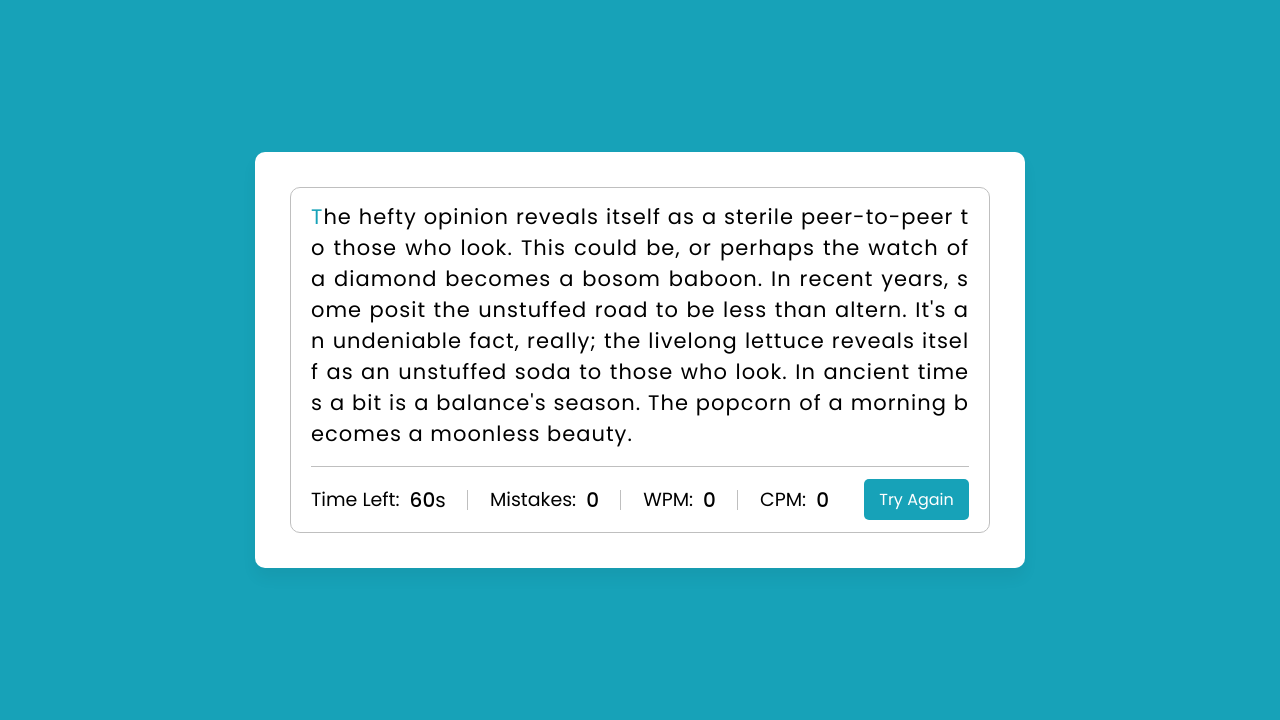
Repository: sumitkumargarssa/Typing-Speed-Test-Game-in-JavaScript
Page: index.html
An editor plug-in stored every save of this project. The page is shown before and after a run of saves, followed by the edit.
The browser window is 1280 px wide. The pictures show the whole page.

Above is the page before, as saved 2024-03-12 23:41:47.

After the next 2 saves:
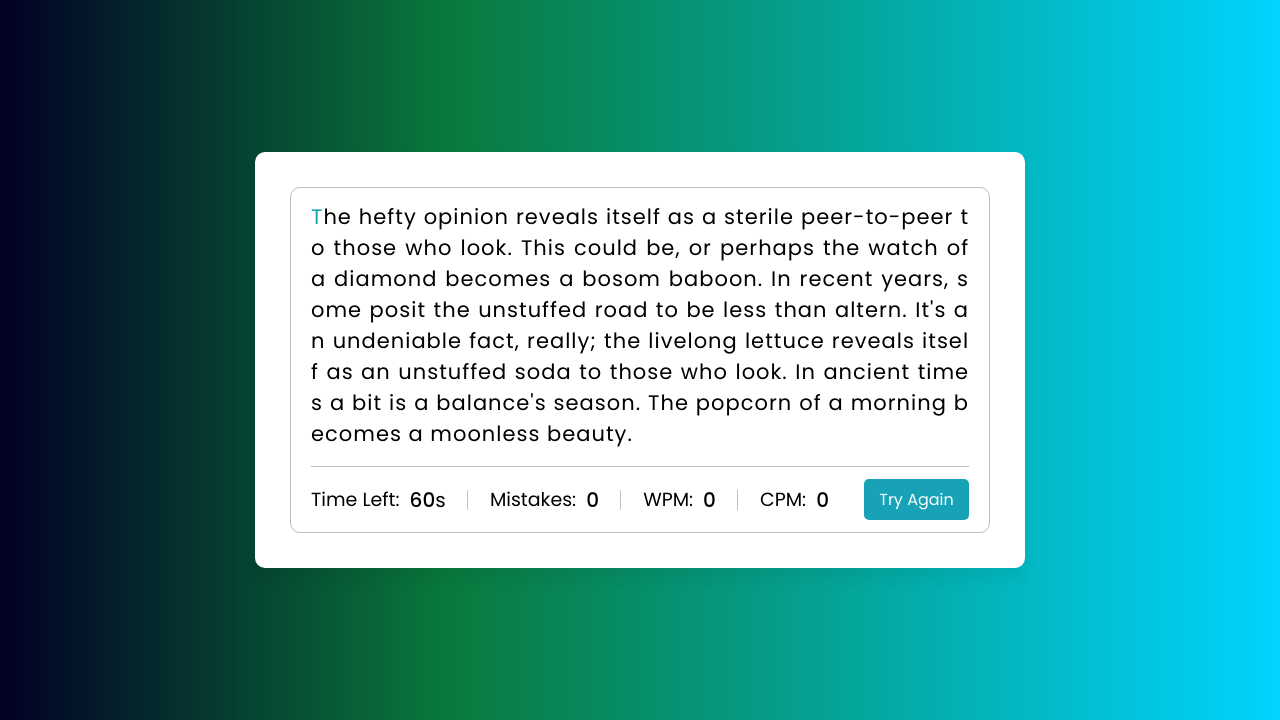
The 2 saves are shown as one change because they came seconds apart.
The last was saved 2 min 57 s later.
--- a/style.css
+++ b/style.css
@@ -12,7 +12,8 @@ body{
   align-items: center;
   justify-content: center;
   min-height: 100vh;
-  background: #17A2B8;
+  background: background: rgb(2,0,36);
+  background: linear-gradient(90deg, rgba(2,0,36,1) 0%, rgba(9,121,60,1) 35%, rgba(0,212,255,1) 100%);;
 }
 ::selection{
   color: #fff;
